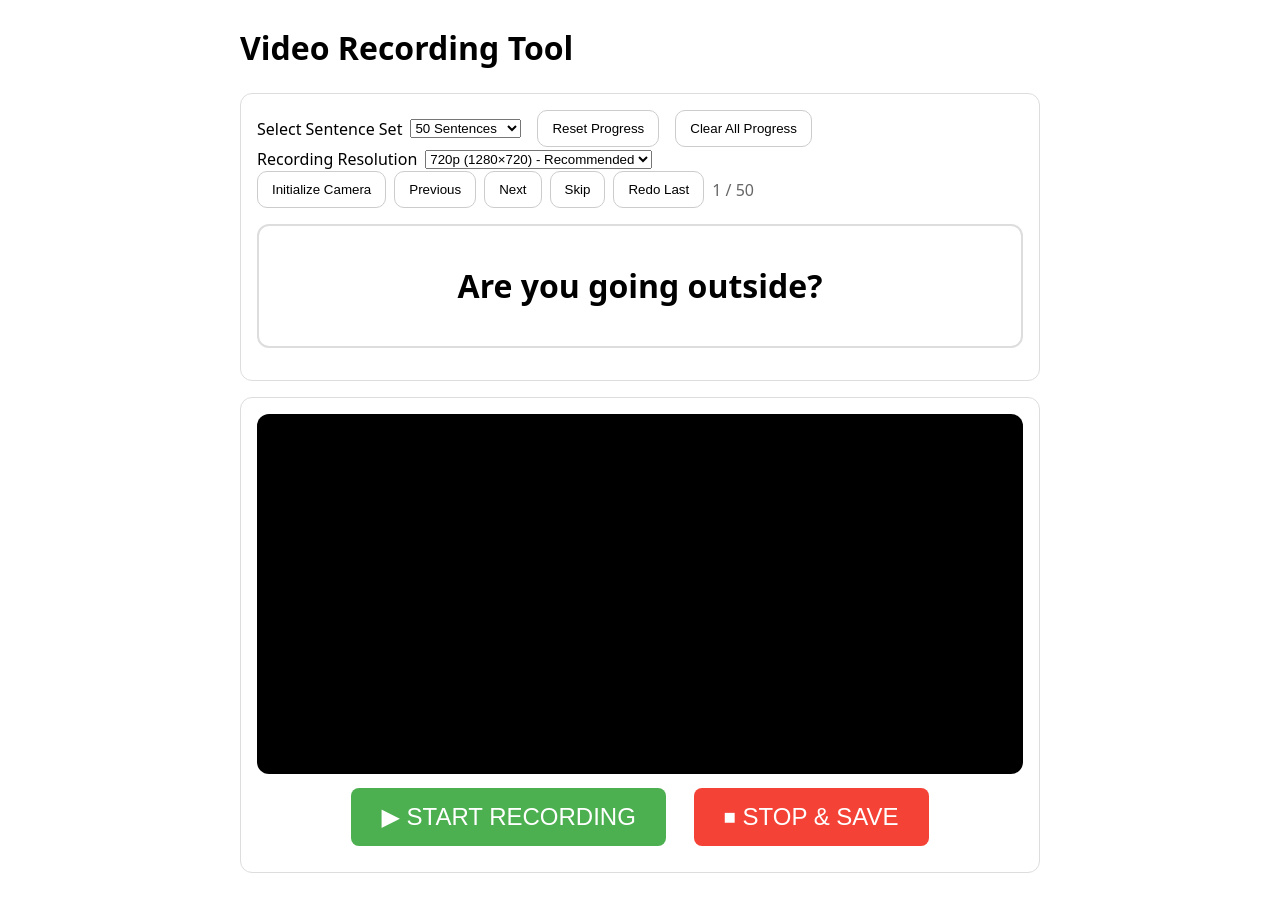
Repository: video2speech/video2speech.github.io
Page: index.html
The author's editor kept a copy of each file at every save. The page is drawn from the files as they stood at one save, then again after the next save.
The browser window is 1280 px wide. The pictures show the whole page.

Above is the page before, as saved 2025-09-04 11:09:59.

After the next save:
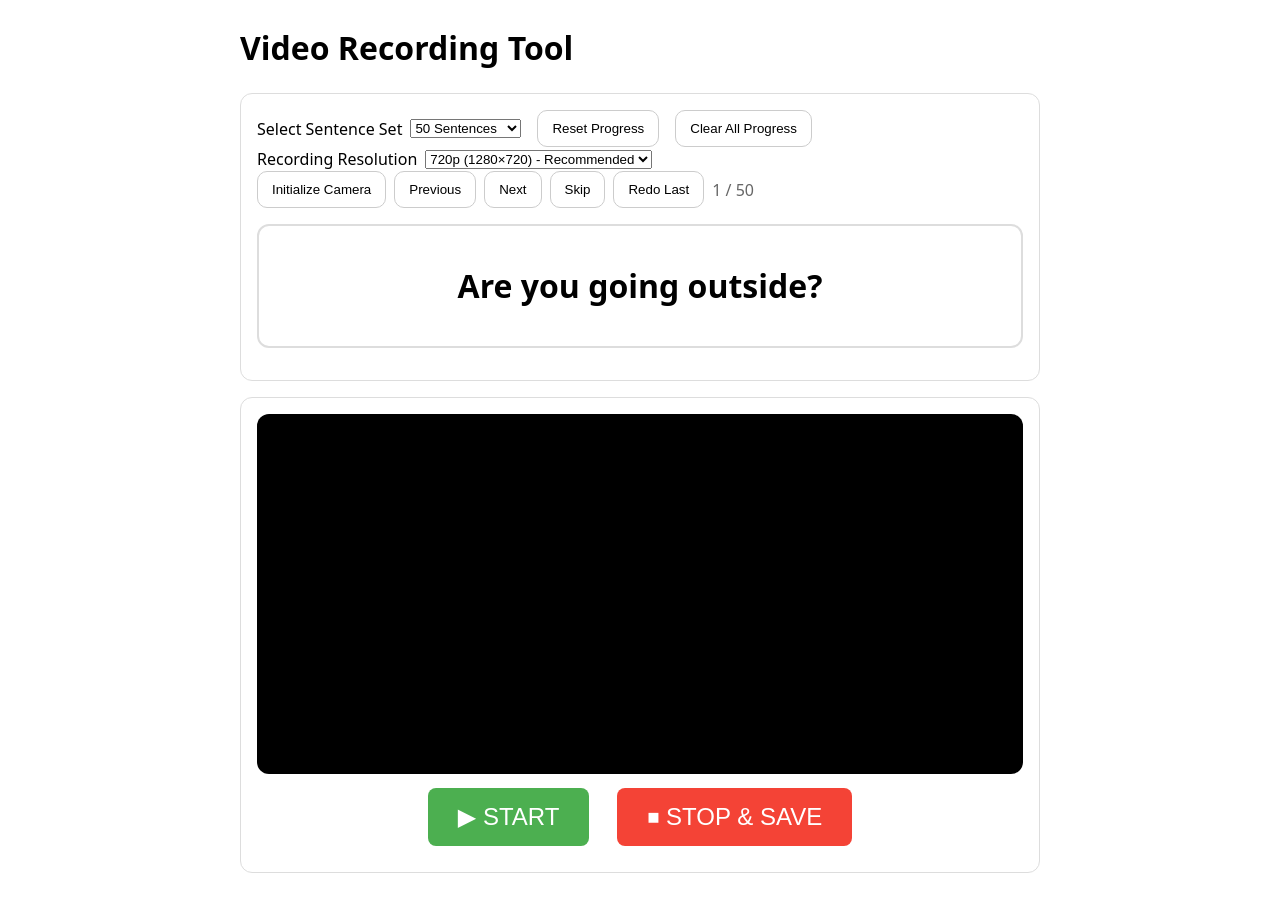
Saved 5 min 10 s later.
--- a/index.html
+++ b/index.html
@@ -50,7 +50,7 @@
   <div class="card">
     <video id="preview" playsinline autoplay muted></video>
     <div class="row" style="margin-top:8px; justify-content: center;">
-      <button id="start" style="font-size: 1.5rem; padding: 15px 30px; background: #4CAF50; color: white; border: none; border-radius: 8px; cursor: pointer; margin: 0 10px;">▶ START RECORDING</button>
+      <button id="start" style="font-size: 1.5rem; padding: 15px 30px; background: #4CAF50; color: white; border: none; border-radius: 8px; cursor: pointer; margin: 0 10px;">▶ START</button>
       <button id="stop" style="font-size: 1.5rem; padding: 15px 30px; background: #f44336; color: white; border: none; border-radius: 8px; cursor: pointer; margin: 0 10px;">⏹ STOP & SAVE</button>
     </div>
     <div class="row" style="justify-content: center; margin-top: 10px;">
